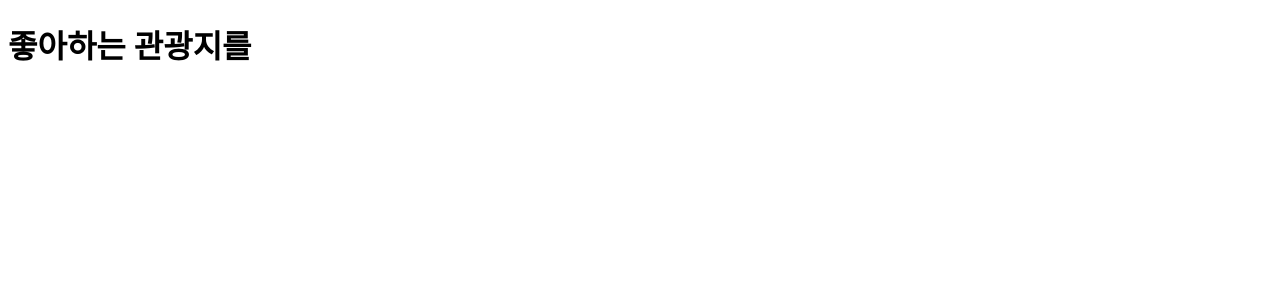
Repository: minimelody/servlet
Page: webworkspace2/web1/WebContent/views/ex1/check.html
An editor plug-in stored every save of this project. The page is shown before and after the next save, followed by the edit.
The browser window is 1280 px wide. The pictures show the whole page.

Above is the page before, as saved 2018-05-17 08:04:06.

### webworkspace2/web1/WebContent/views/ex1/check.html
<!DOCTYPE html>
<html>
<head>
<meta charset="UTF-8">
<title>Insert title here</title>
</head>
<body>
	<h1>좋아하는 관광지를 </h1>
</body>
</html>

After the next save:
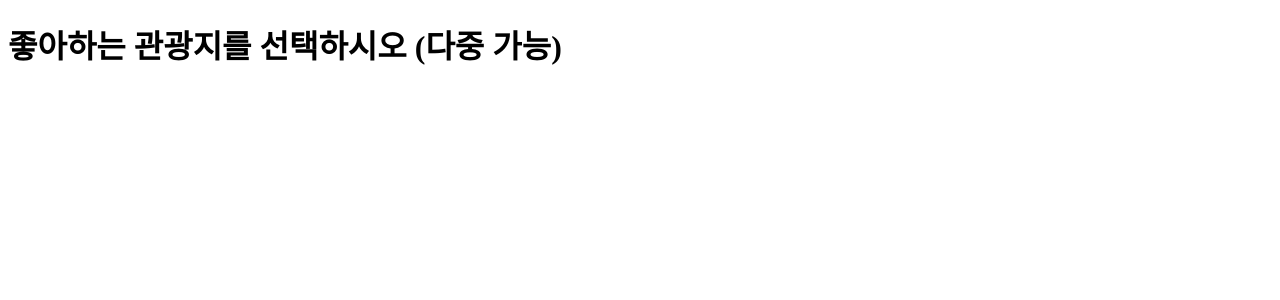
Saved 16 s later.
--- a/webworkspace2/web1/WebContent/views/ex1/check.html
+++ b/webworkspace2/web1/WebContent/views/ex1/check.html
@@ -5,6 +5,6 @@
 <title>Insert title here</title>
 </head>
 <body>
-	<h1>좋아하는 관광지를 </h1>
+	<h1>좋아하는 관광지를 선택하시오 (다중 가능)</h1>
 </body>
 </html>
